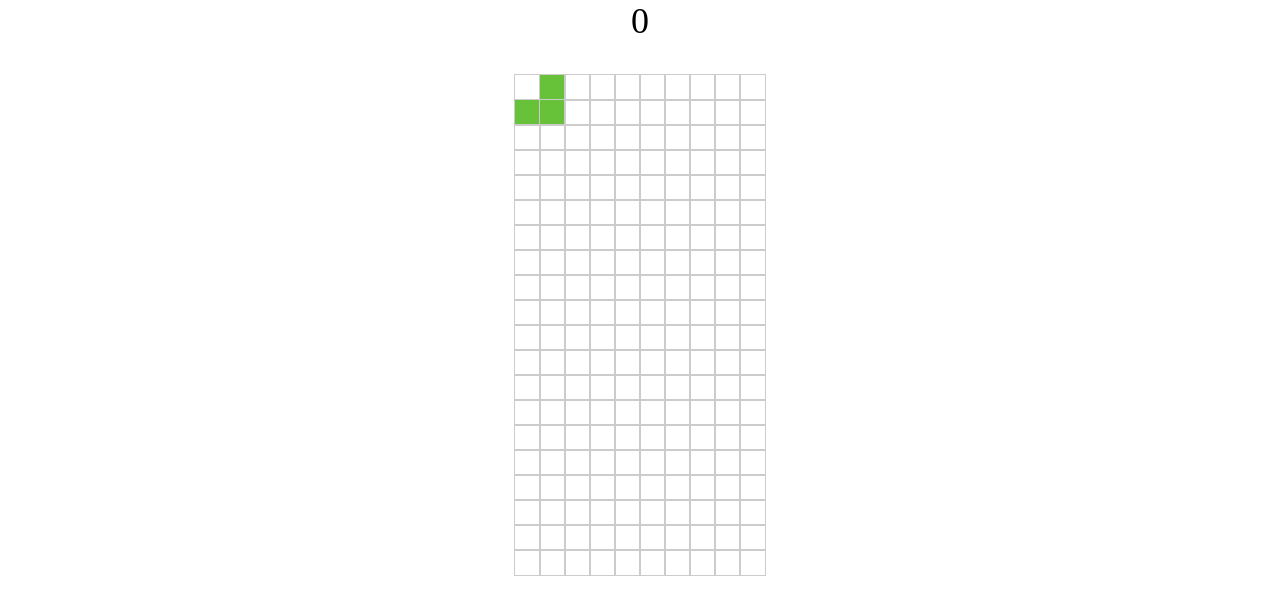
Repository: chlwpdnswku/tetris
Page: index.html
These files come from the project's save history. The page is drawn as it stood at one moment and after the next save; the edit follows.
The browser window is 1280 px wide. The pictures show the whole page.

Above is the page before, as saved 2022-12-12 02:25:55.

After the next save:
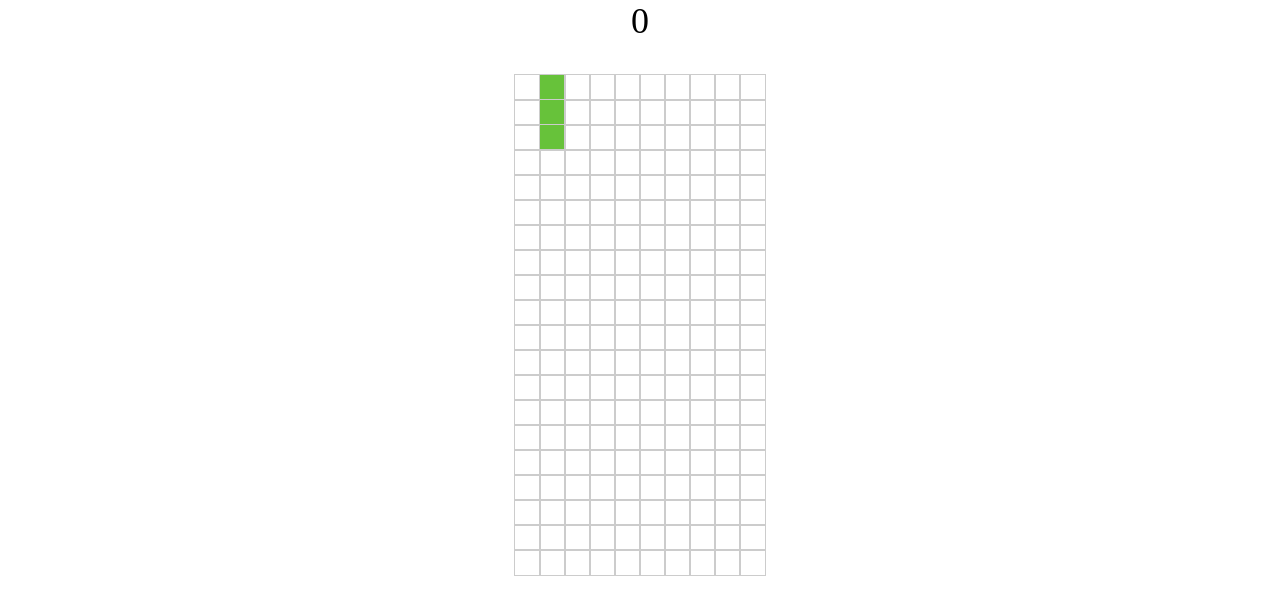
Saved 15 s later.
--- a/script.js
+++ b/script.js
@@ -29,7 +29,7 @@ const BLOCKS = {
       [1, 1],
     ],
     [
-      [0, 1],
+      [1, 2],
       [1, 1],
       [1, 0],
       [1, 1],
